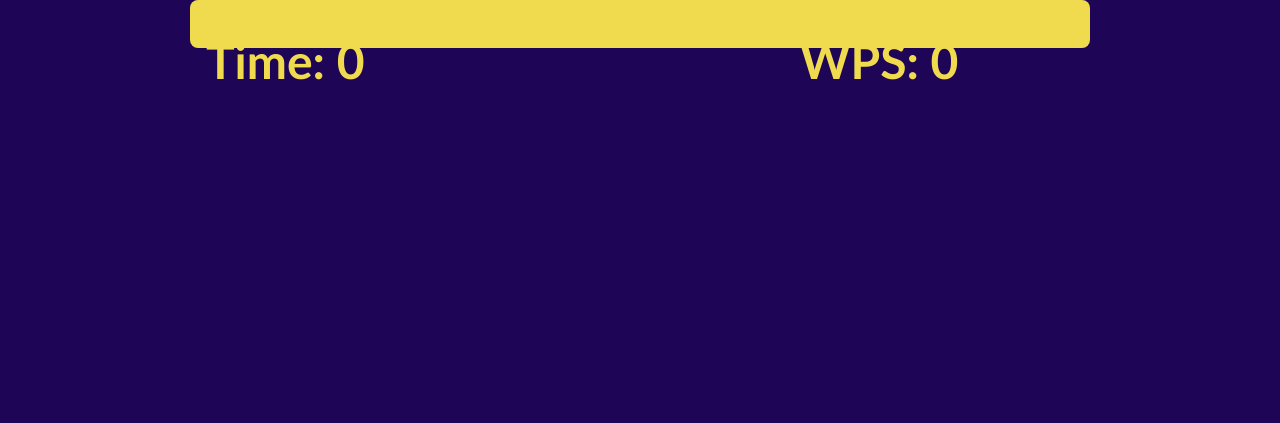
Repository: KhangNguyenIU/Vanilajs-TypingSpeed
Page: index.html
An editor plug-in stored every save of this project. The page is shown before and after the next save, followed by the edit.
The browser window is 1280 px wide. The pictures show the whole page.
The page's requests for data from a server got no answer.

Above is the page before, as saved 2021-10-15 13:35:28.

### index.html
<!DOCTYPE html>
<html lang="en">
  <head>
    <meta charset="UTF-8" />
    <meta http-equiv="X-UA-Compatible" content="IE=edge" />
    <meta name="viewport" content="width=device-width, initial-scale=1.0" />
    <link rel="stylesheet" href="style.css" />
    <link
      rel="stylesheet"
      href="https://cdnjs.cloudflare.com/ajax/libs/font-awesome/6.0.0-beta2/css/all.min.css"
      integrity="sha512-YWzhKL2whUzgiheMoBFwW8CKV4qpHQAEuvilg9FAn5VJUDwKZZxkJNuGM4XkWuk94WCrrwslk8yWNGmY1EduTA=="
      crossorigin="anonymous"
      referrerpolicy="no-referrer"
    />
    <link
      href="https://fonts.googleapis.com/css2?family=Lora:ital,wght@0,400;0,500;1,400;1,500&display=swap"
      rel="stylesheet"
    />
    <script src="script.js" defer></script>
    <title>Typing Game</title>
  </head>
  <body>
    <body>
      <div class="container">
        <div class="typing-box">
          <div class="timer">
            <span>Time: </span>
            <span id="timer">0</span>
          </div>
          <div class="word-speed">
            <span> WPS: </span>
            <span id="word-speed"> 0.0 </span>
          </div>

          <div class="quote-display" id="quoteDisplay"></div>
        </div>
      </div>

      <div class="modal" id="modal">
        <div class="modal-body">
          <i class="fas fa-times" id="close-icon"></i>
          <p class="text-primary">Congratulation</p>
          <p class="text-secondary">Accuracy :<span id="accuracy"></span> %</p>
          <p class="text-secondary">Word per seconds: <span id="wps"></span></p>
        </div>
      </div>
      <div id="overlay"></div>
    </body>
  </body>
</html>

### style.css
* {
    box-sizing: border-box;
  }

  body {
    display: flex;
    justify-content: center;
    align-items: center;
    min-height: 100vh;
    margin: 0;
    background-color: #1E0555;
  }

  body, .quote-input {
    font-family: 'Gill Sans', 'Gill Sans MT', Calibri, 'Trebuchet MS', sans-serif;
  }

  .container{
    margin: 0 auto;
    width: 900px;
    height: 100vh;
    display: flex;
    flex-direction: column;
    justify-items: center;
    align-items: center;
  }

  .text-primary{
    font-size: 32px;
    font-family: "Lora", sans-serif;
    color: rgba(0, 0, 0, .8  );
  }

  .text-secondary{
    font-size: 22px;
    font-family: "Lora", serif;
  }

  .typing-box {
    background-color: #F0DB4F;
    padding: 1rem;
    border-radius: .5rem;
    width: 100%;
  }

  #overlay {
    position: fixed;
    opacity: 0;
    transition: 200ms ease-in-out;
    top: 0;
    left: 0;
    right: 0;
    bottom: 0;
    background-color: rgba(0, 0, 0, .5  );
    pointer-events: none;
  }

  #overlay.active{
    opacity: 1;
    pointer-events: all;
  }
  .modal {
    opacity: 0;
    position: absolute;
    top: 50%;
    left: 50%;
    transform: translate(-50%, -50%);
    transition: 200ms ease-in-out;
    border-radius: 5px;
    z-index: 10;
    background-color: white;
    width: 500px;
    height: 500px;
    max-width: 80%;
    display: flex;
    flex-direction: column;
    justify-content: center;
    align-items: center;
  }

  .modal.active{
    opacity: 1;
  }


  .timer {
    position: absolute;
    top: 2rem;
    font-size: 3rem;
    color: #F0DB4F;
    font-weight: bold;
  }

  .word-speed {
    position: absolute;
    top: 2rem;
    left:50rem;
    font-size: 3rem;
    color: #F0DB4F;
    font-weight: bold;
  }

  .quote-display {
    margin-bottom: 1rem;
    margin-left: calc(1rem + 2px);
    margin-right: calc(1rem + 2px);
    font-size: 26px;
    letter-spacing: 1.5px;
    line-height: 40px;
    color: rgba(0,0,0,.5);
  }

  .current-char{
    color:black;
    text-decoration: underline;

  }

  .quote-input {
    background-color: transparent;
    border: 2px solid #A1922E;
    outline: none;
    width: 100%;
    height: 8rem;
    margin: auto;
    resize: none;
    padding: .5rem 1rem;
    font-size: 1rem;
    border-radius: .5rem;
  }

  .quote-input:focus {
    border-color: black;
  }

  .correct {
    color: green;
  }

  .incorrect {
    color: red;
  }

  #close-icon{
    position: absolute;
    top: 20px;
    left: 50%;
    font-size: 20px;
    cursor: pointer;
  }

### script.js
const RANDOM_QUOTE_API_URL = "http://api.quotable.io/random"

const quoteDisplayElement = document.getElementById('quoteDisplay')
const quoteInputElement = document.getElementById('quoteInput')
const timerDisplay = document.getElementById("timer")
const modal = document.getElementById("modal")
const overlay = document.getElementById("overlay")
const wordSpeedDisplay = document.getElementById('word-speed')
const closeButton = document.getElementById("close-icon")
const blockedKey = [91, 20, 18, 17, 16, 13, 9]
let current = 0
let correct = 0
let incorrect=0;
let duration;
let wordSpeed;
let flag = false
let startTime;
var interval;
let wordLength;


closeButton.addEventListener("click",function(){
    closeModal()
})

overlay.addEventListener("click",function(){
    console.log("click")
    closeModal()
})
function openModal(){
    modal.classList.add("active")
    overlay.classList.add("active")
    updateResult()
}

function closeModal(){
    modal.classList.remove("active")
    overlay.classList.remove("active")
    renderNewQuote()
}

function updateResult(){
    const accuracyResult = document.getElementById("accuracy")
    const wpsResult = document.getElementById("wps")
    accuracyResult.innerText = Math.ceil(((wordLength- incorrect)/wordLength)*100)
    wpsResult.innerText = wordSpeed
}
function getRandomQuote() {
    return fetch(RANDOM_QUOTE_API_URL)
        .then(response => response.json())
        .then(data => data.content)
}

const startTimer = () => {
    let current = new Date()
    duration = Math.floor((current - startTime) / 1000)
    wordSpeed = (correct / duration).toFixed(2);
    wordSpeedDisplay.innerText = wordSpeed
    timerDisplay.innerText = duration
}


document.addEventListener('keydown', onTyping)

function onTyping(event) {

    if (!flag) {
        startTime = new Date()
        interval = setInterval(startTimer, 1000)
        flag = true
    }
    let arrayQuote = quoteDisplayElement.querySelectorAll("span")

    if (!blockedKey.includes(event.keyCode)) {
        if (event.key == arrayQuote[current].innerText) {
            arrayQuote[current].classList.remove("current-char")
            arrayQuote[current].classList.add("correct")
            current = current += 1;
            correct += 1
            if (current < arrayQuote.length)
                arrayQuote[current].classList.add("current-char")
            if (current >= arrayQuote.length) {
                clearInterval(interval)
                openModal()
                return;
            }
        }

        else {
            arrayQuote[current].classList.add("incorrect")
            incorrect ++;
        }
    }

}

async function renderNewQuote() {
    duration=0;
    wordSpeed=0;
    timerDisplay.innerText = 0;
    wordSpeedDisplay.innerText = 0
    const quote = await getRandomQuote();
    quoteDisplayElement.innerHTML = ""
    quote.split("").forEach(element => {
        const characterSpan = document.createElement("span")
        characterSpan.innerText = element
        quoteDisplayElement.appendChild(characterSpan)
    });
    quoteDisplayElement.querySelector("span").classList.add("current-char")
    wordLength = quoteDisplayElement.querySelectorAll("span").length
}



renderNewQuote()

After the next save:
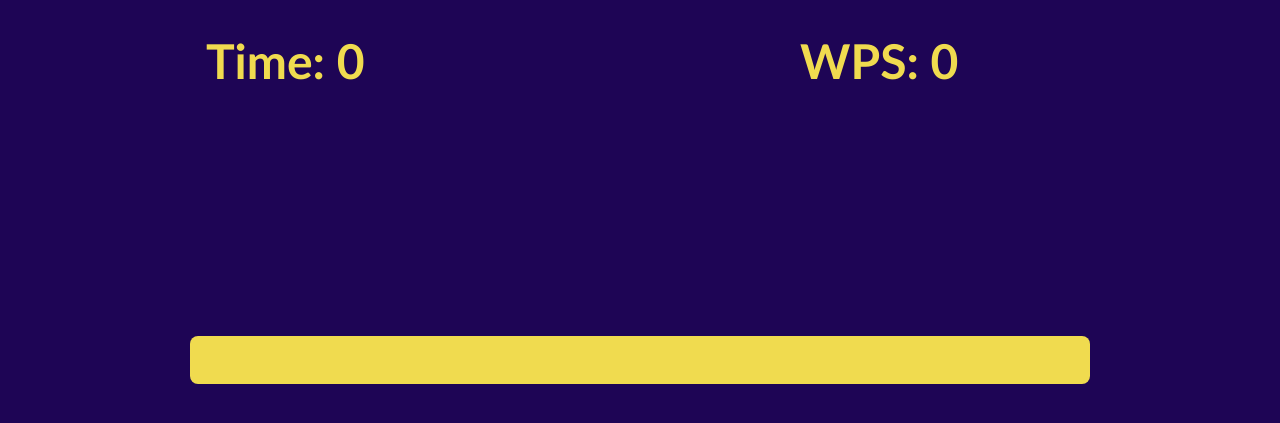
Saved 15 s later.
--- a/style.css
+++ b/style.css
@@ -21,7 +21,7 @@
     height: 100vh;
     display: flex;
     flex-direction: column;
-    justify-items: center;
+    justify-content: center;
     align-items: center;
   }
 
